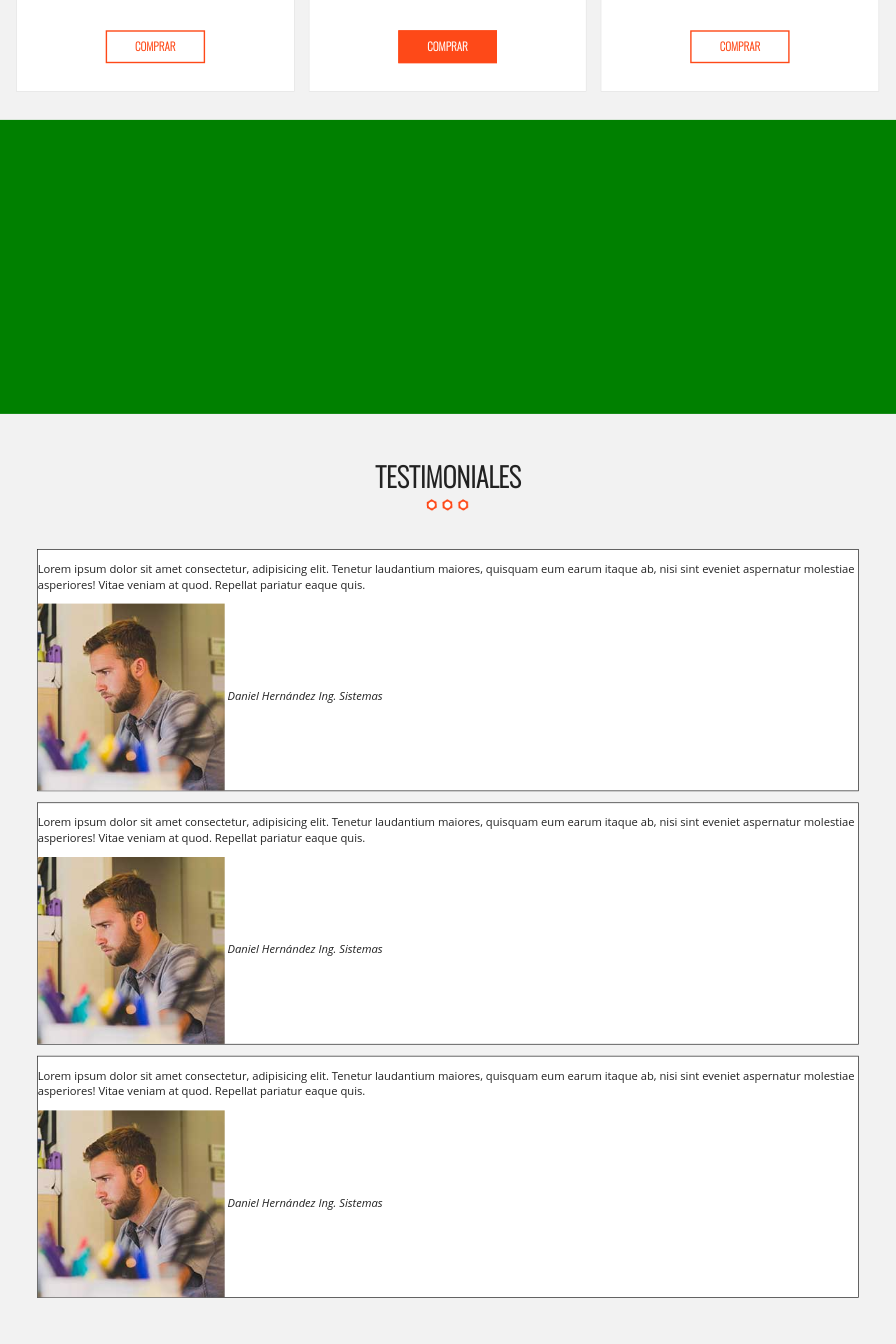
Repository: edgarhdzp/pagina-conferencias-reservaciones
Page: index.html
The author's editor kept a copy of each file at every save. The page is drawn from the files as they stood at one save, then again after the next save.
The browser window is 1280 px wide. The pictures show the part of the page from y = 3866 to 5786 px (the page is 5786 px tall), at 70% of full size.

Above is the page before, as saved 2020-07-01 19:05:02.

After the next save:
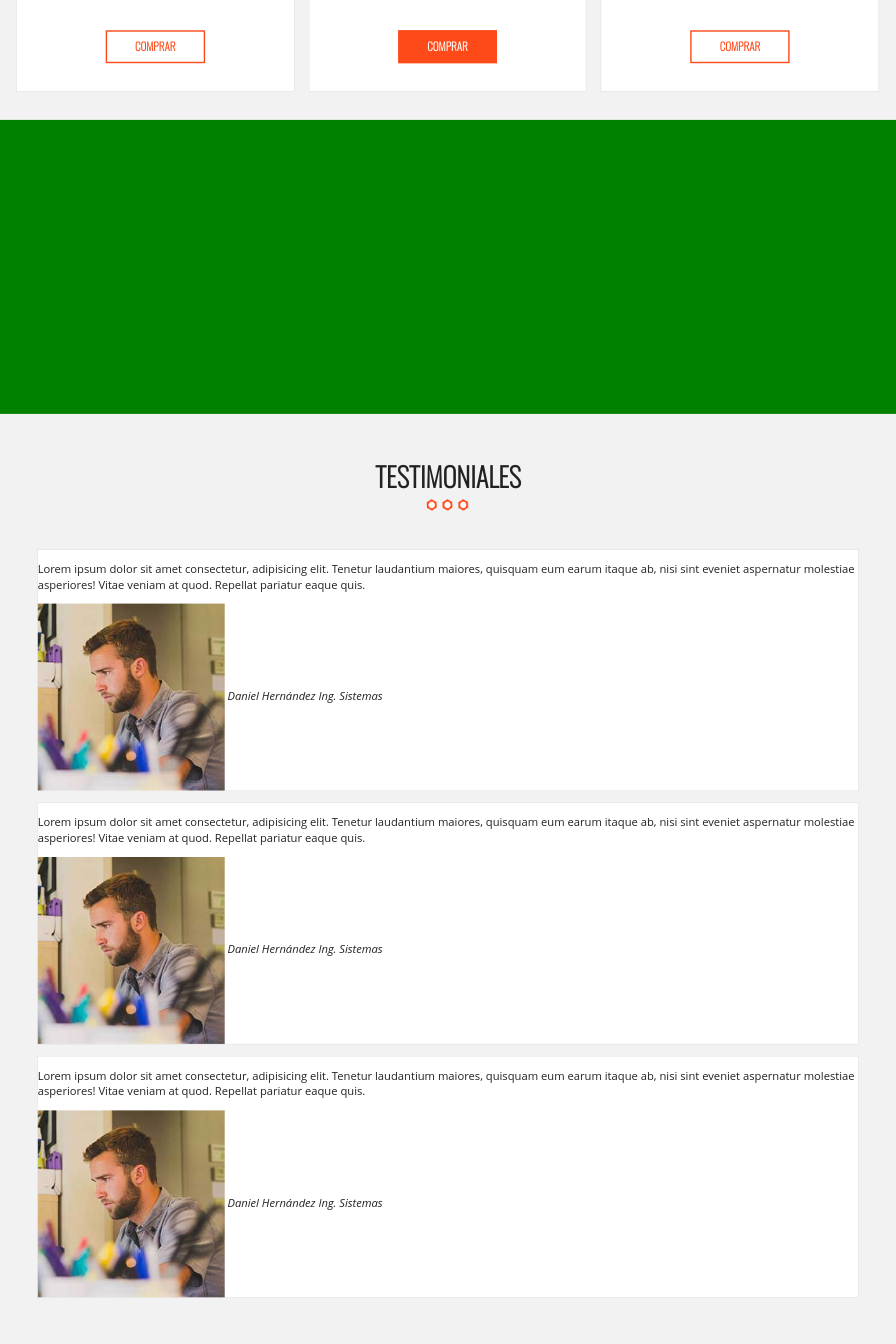
Saved 9 s later.
--- a/css/main.css
+++ b/css/main.css
@@ -658,7 +658,7 @@ div.testmonial {
 
 blockquote {
     background-color: #ffffff;
-    border: 1px solid;
+    border: 1px solid #e1e1e1;
 }
 
 
